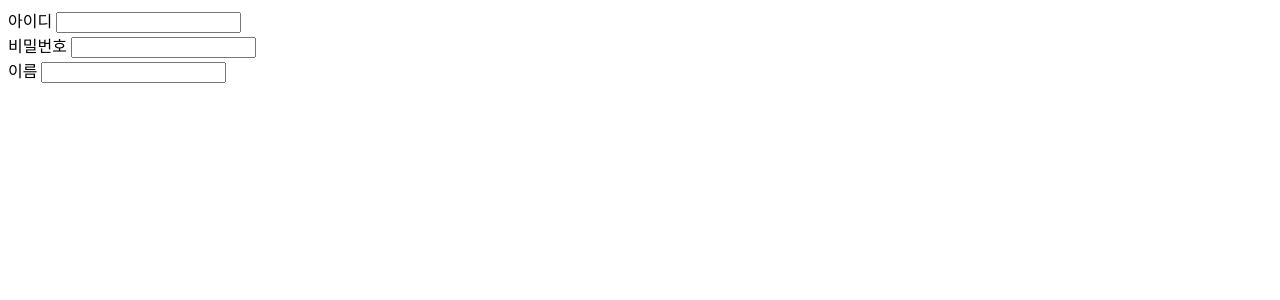
Repository: shinymusket/ideal-memory2
Page: jspWorkSpace/web08/WebContent/joinForm.html
These files come from the project's save history. The page is drawn as it stood at one moment and after the next save; the edit follows.
The browser window is 1280 px wide. The pictures show the whole page.

Above is the page before, as saved 2022-06-13 03:56:55.

### jspWorkSpace/web08/WebContent/joinForm.html
<!DOCTYPE html>
<html>
<head>
<meta charset="UTF-8">
<title>회원가입</title>
</head>
<body>
	<form action="" method="post">
		<label for="userId">아이디</label>
		<input type="text" id="userId" name="userId"><br>
		<label for="userPwd">비밀번호</label>
		<input type="password" id="userPwd" name="userPwd"><br>
		<label for="userName">이름</label>
		<input type="text" id="userName" name="userName"><br>

	</form>
</body>
</html>

After the next save:
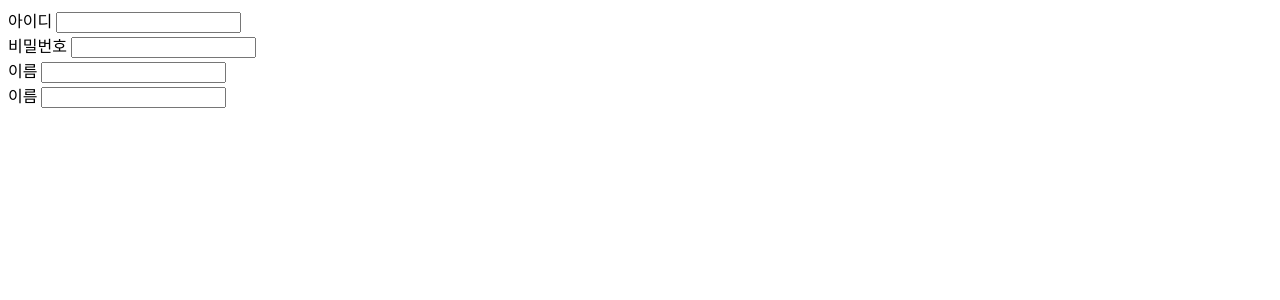
Saved 4 s later.
--- a/jspWorkSpace/web08/WebContent/joinForm.html
+++ b/jspWorkSpace/web08/WebContent/joinForm.html
@@ -12,7 +12,8 @@
 		<input type="password" id="userPwd" name="userPwd"><br>
 		<label for="userName">이름</label>
 		<input type="text" id="userName" name="userName"><br>
-
+		<label for="userName">이름</label>
+		<input type="text" id="userName" name="userName"><br>
 	</form>
 </body>
 </html>
